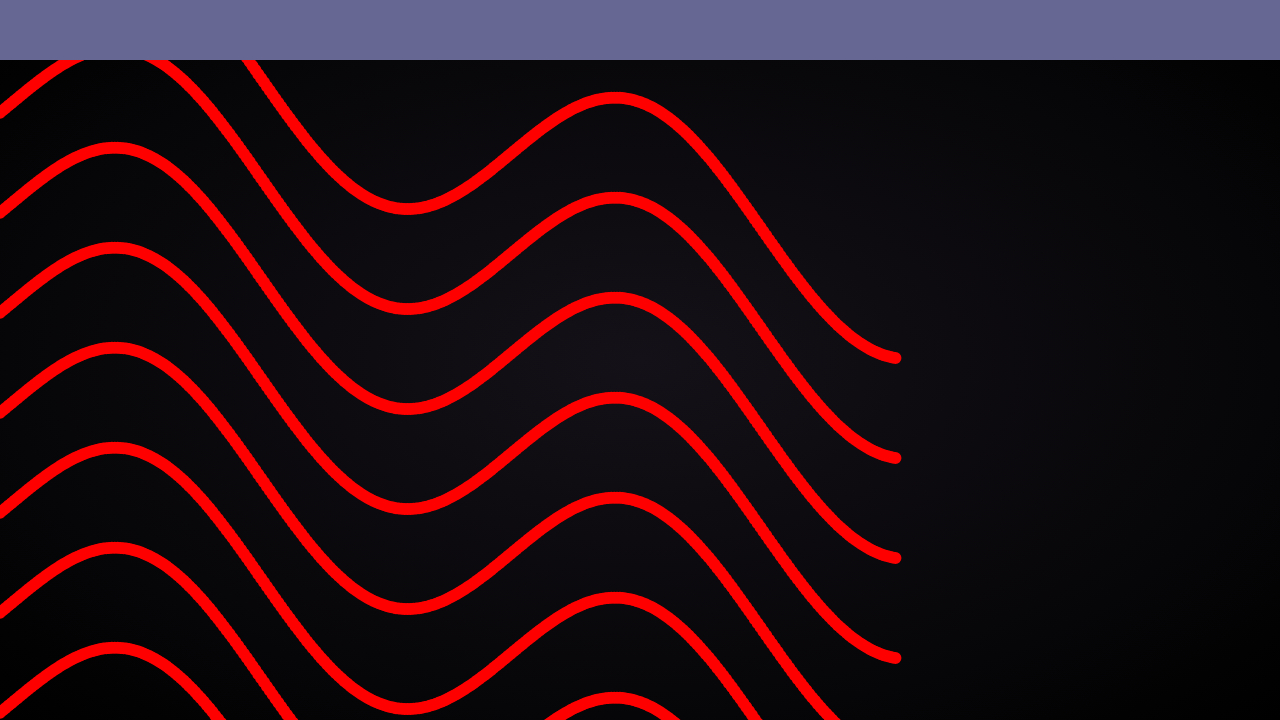
Repository: Iban-del/ProjetBacIban
Page: index.html
The author's editor kept a copy of each file at every save. The page is drawn from the files as they stood at one save, then again after the next save.
The browser window is 1280 px wide. The pictures show the whole page.

Above is the page before, as saved 2025-02-18 20:15:30.

After the next save:
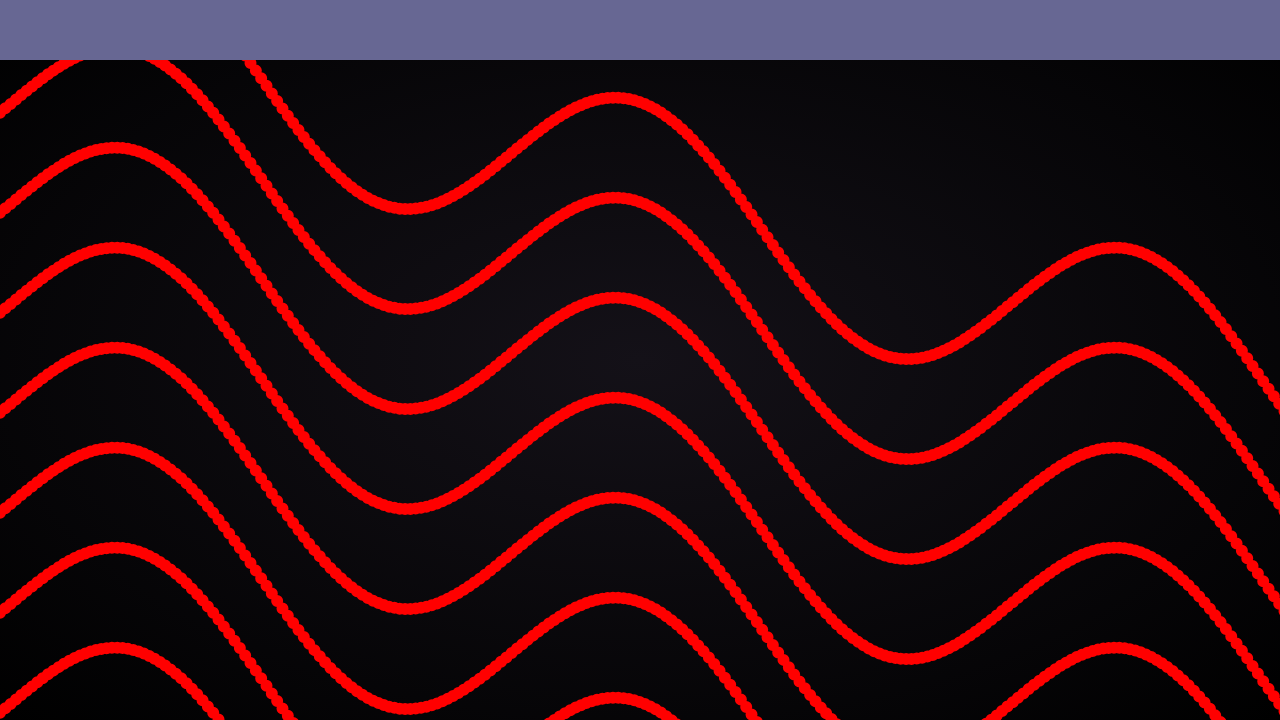
Saved 8 s later.
--- a/js/background.js
+++ b/js/background.js
@@ -70,7 +70,7 @@ function drawVague(ctx){
         for(let t = 0;t < window.innerHeight;t+= 100){
             for(let i = 0 ;i < window.innerWidth;i+=4.1){
                 let x = i
-                x -=x*0.3
+                x +=x*0.3
                 let y = vague(x)+(t)+(x*0.3);
                 ctx.beginPath();
                 ctx.moveTo(x,y)
